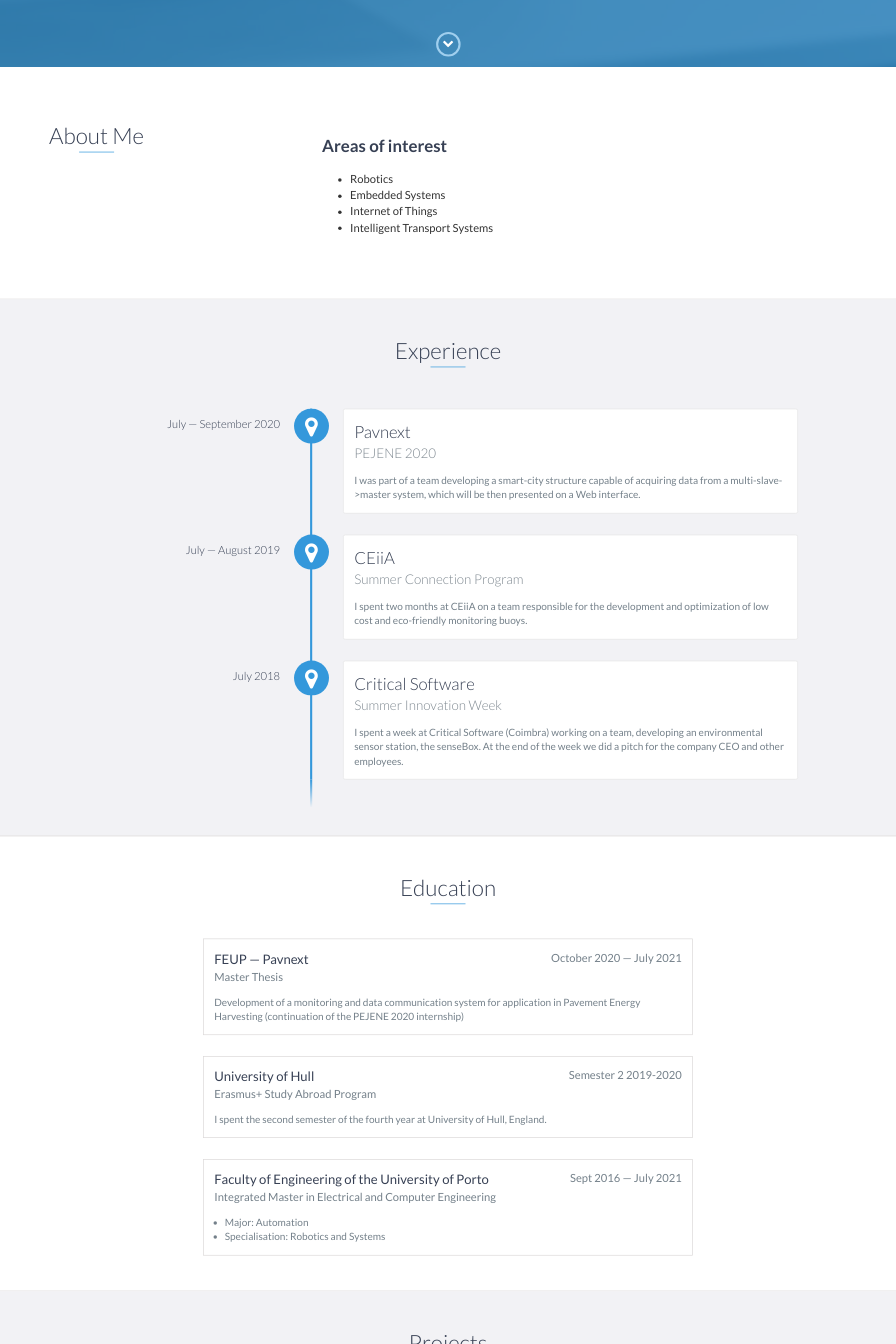
Repository: josegneto/josegneto.github.io
Page: index.html
The author's editor kept a copy of each file at every save. The page is drawn from the files as they stood at one save, then again after the next save.
The browser window is 1280 px wide. The pictures show the part of the page from y = 624 to 2544 px (the page is 4224 px tall before and 4208 px after), at 70% of full size.

Above is the page before, as saved 2021-11-30 11:34:55.

After the next save:
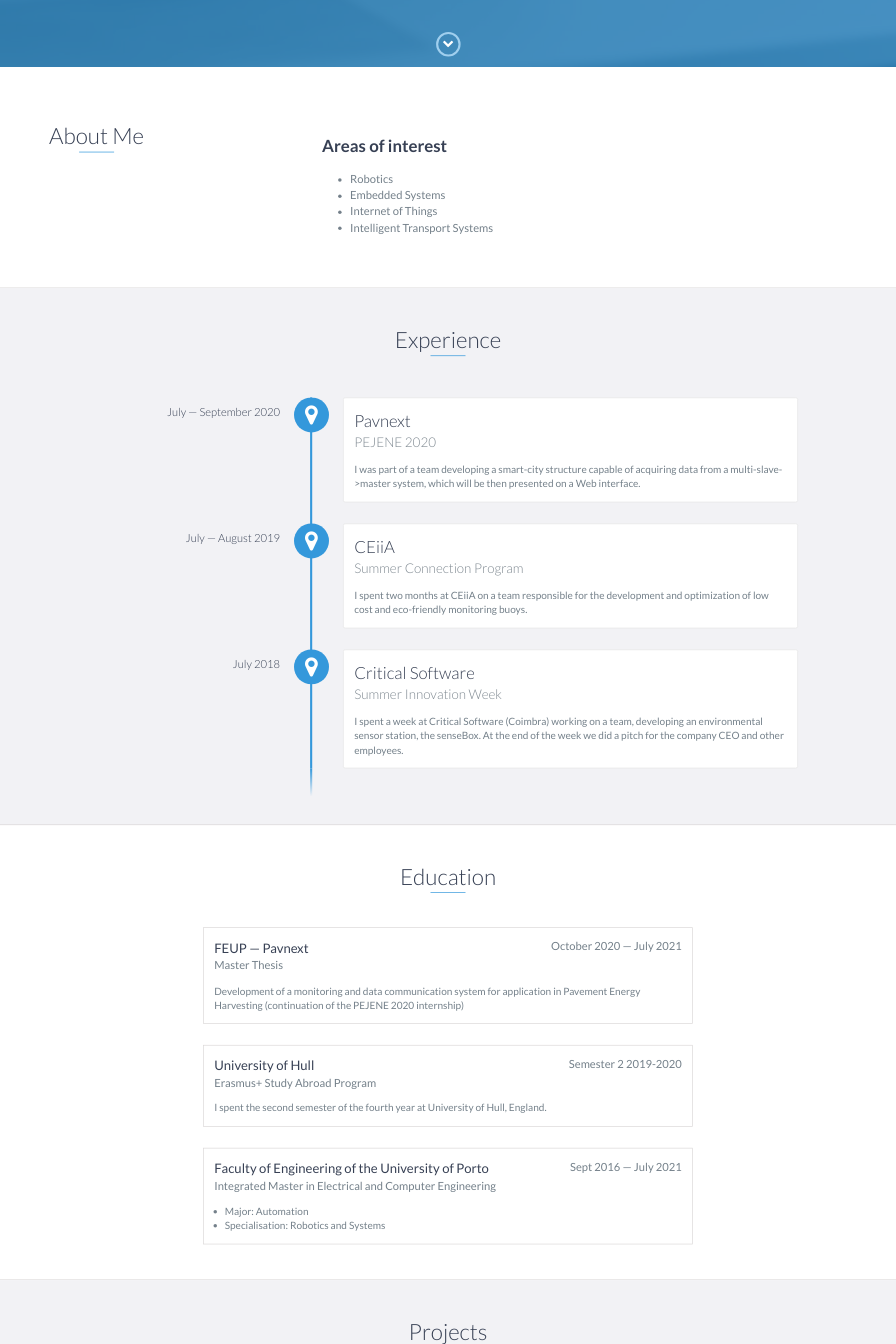
Saved 15 s later.
--- a/css/styles.css
+++ b/css/styles.css
@@ -361,7 +361,7 @@
 	color: #374054
 }
 
-#about p {
+#about p, #about ul, #about li {
 	color: #74808a;
 	margin: 0
 }

After the 2 saves that followed:
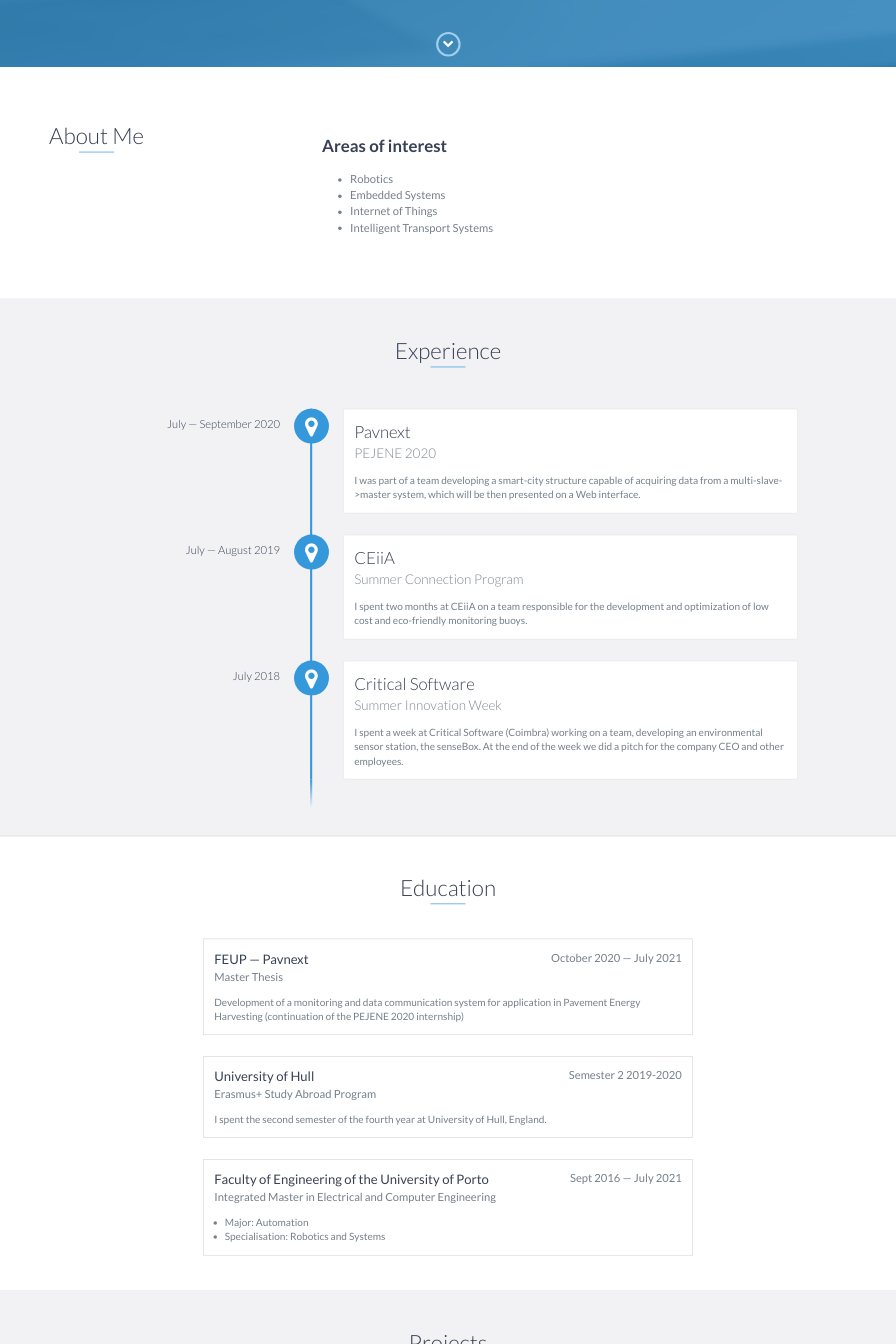
The 2 saves are shown as one change because they came seconds apart.
The last was saved 22 s later.
--- a/css/styles.css
+++ b/css/styles.css
@@ -362,8 +362,7 @@
 }
 
 #about p, #about ul, #about li {
-	color: #74808a;
-	margin: 0
+	color: #74808a
 }
 
 #experience {
